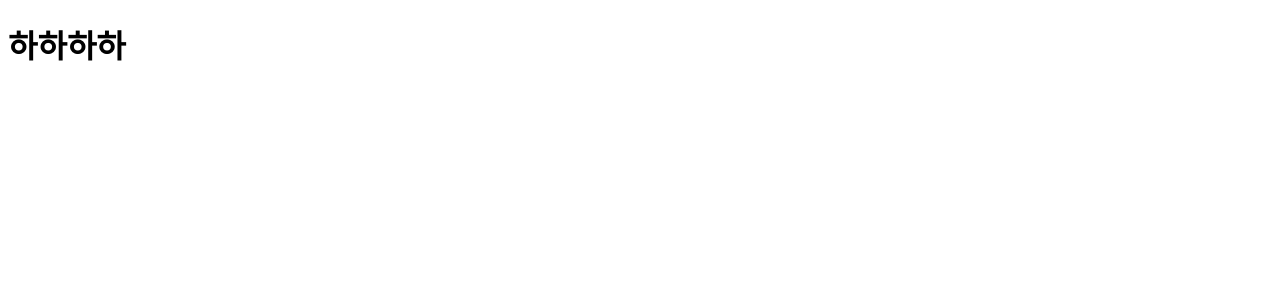
Repository: jun01270/F-E-practice
Page: index.html
The author's editor kept a copy of each file at every save. The page is drawn from the files as they stood at one save, then again after the next save.
The browser window is 1280 px wide. The pictures show the whole page.
After loading, the first visible `#laugh` was clicked once.

Above is the page before, as saved 2022-12-12 19:10:15.

After the next save:
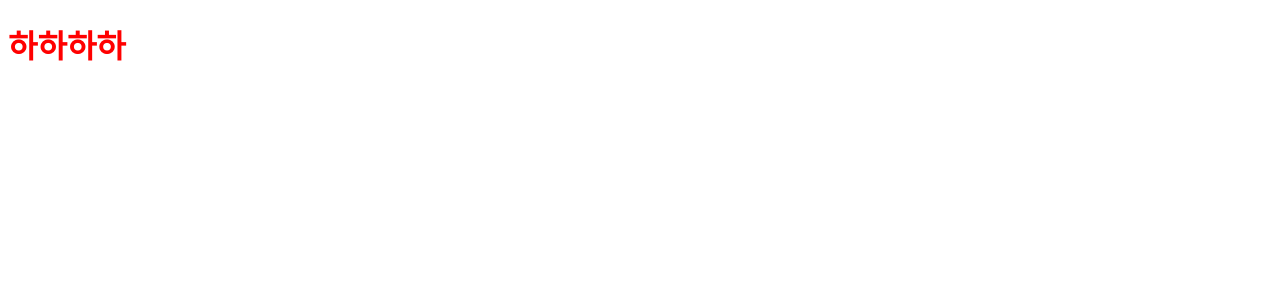
Saved 3 min 0 s later.
--- a/app.js
+++ b/app.js
@@ -2,18 +2,15 @@ const title = document.querySelector(".first h1");
 
 title.innerText = "하하하하";
 
-let titleColor = title.style.color;
-console.log(titleColor);
-titleColor = "Red";
-console.log(titleColor);
+title.style.color;
 
 function afterClick() {
   console.log("CLick!!!");
   console.log(title);
-  if (titleColor === "red") {
-    titleColor = "Yellow";
+  if (title.style.color === "red") {
+    title.style.color = "Yellow";
   } else {
-    titleColor = "red";
+    title.style.color = "red";
   }
 }
 
